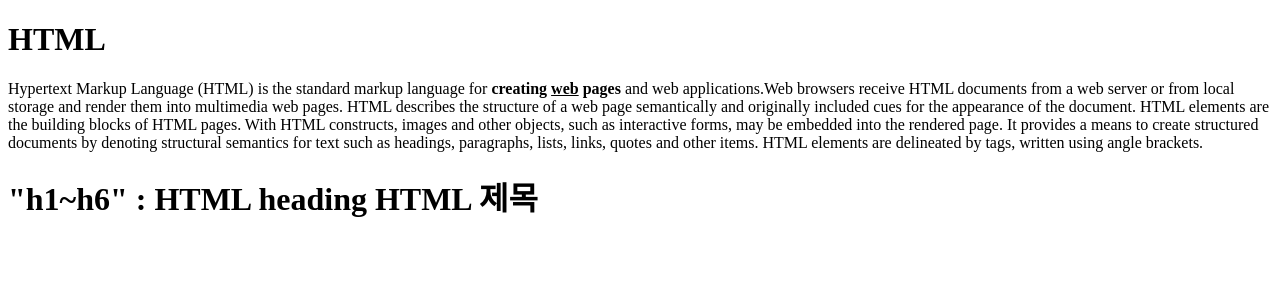
Repository: winterer4/Web-1
Page: HTML5/1.html
An editor plug-in stored every save of this project. The page is shown before and after the next save, followed by the edit.
The browser window is 1280 px wide. The pictures show the whole page.

Above is the page before, as saved 2018-10-25 06:42:51.

After the next save:
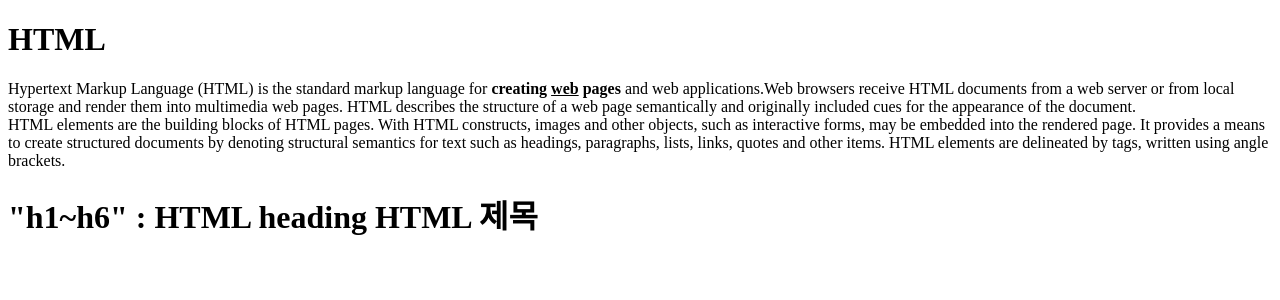
Saved 63 s later.
--- a/HTML5/1.html
+++ b/HTML5/1.html
@@ -7,8 +7,7 @@
 <body>
 <h1>HTML</h1>
 Hypertext Markup Language (HTML) is the standard markup language for <strong>creating <u>web</u> pages</strong> and web applications.Web browsers receive HTML documents from a web server or from local storage and render them into multimedia web pages. HTML describes the structure of a web page semantically and originally included cues for the appearance of the document.
-
-HTML elements are the building blocks of HTML pages. With HTML constructs, images and other objects, such as interactive forms, may be embedded into the rendered page. It provides a means to create structured documents by denoting structural semantics for text such as headings, paragraphs, lists, links, quotes and other items. HTML elements are delineated by tags, written using angle brackets.
+<br>HTML elements are the building blocks of HTML pages. With HTML constructs, images and other objects, such as interactive forms, may be embedded into the rendered page. It provides a means to create structured documents by denoting structural semantics for text such as headings, paragraphs, lists, links, quotes and other items. HTML elements are delineated by tags, written using angle brackets.
 
 </body>
 
